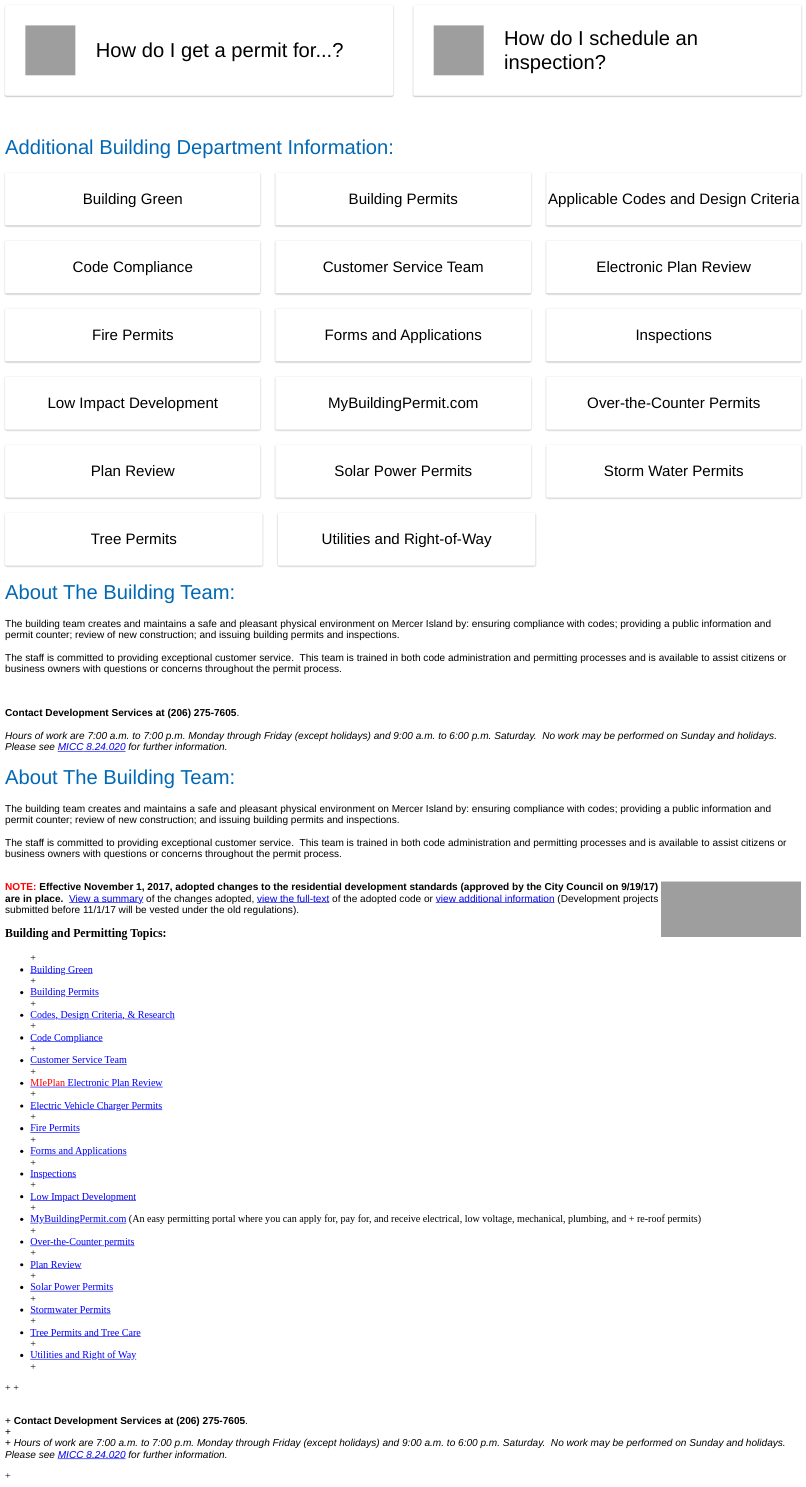
Repository: CharlieMisner/Mercer-Island-Website-Templates
Page: building-main-page/building-main-page.html
The author's editor kept a record of every edit. The page is drawn from the files as they stood at one moment, then again after the next edit.
The browser window is 1280 px wide. The pictures show the whole page, at 63% of full size.
Pictures or frames that could not be fetched are drawn as grey boxes.

Above is the page before.

After the next edit:
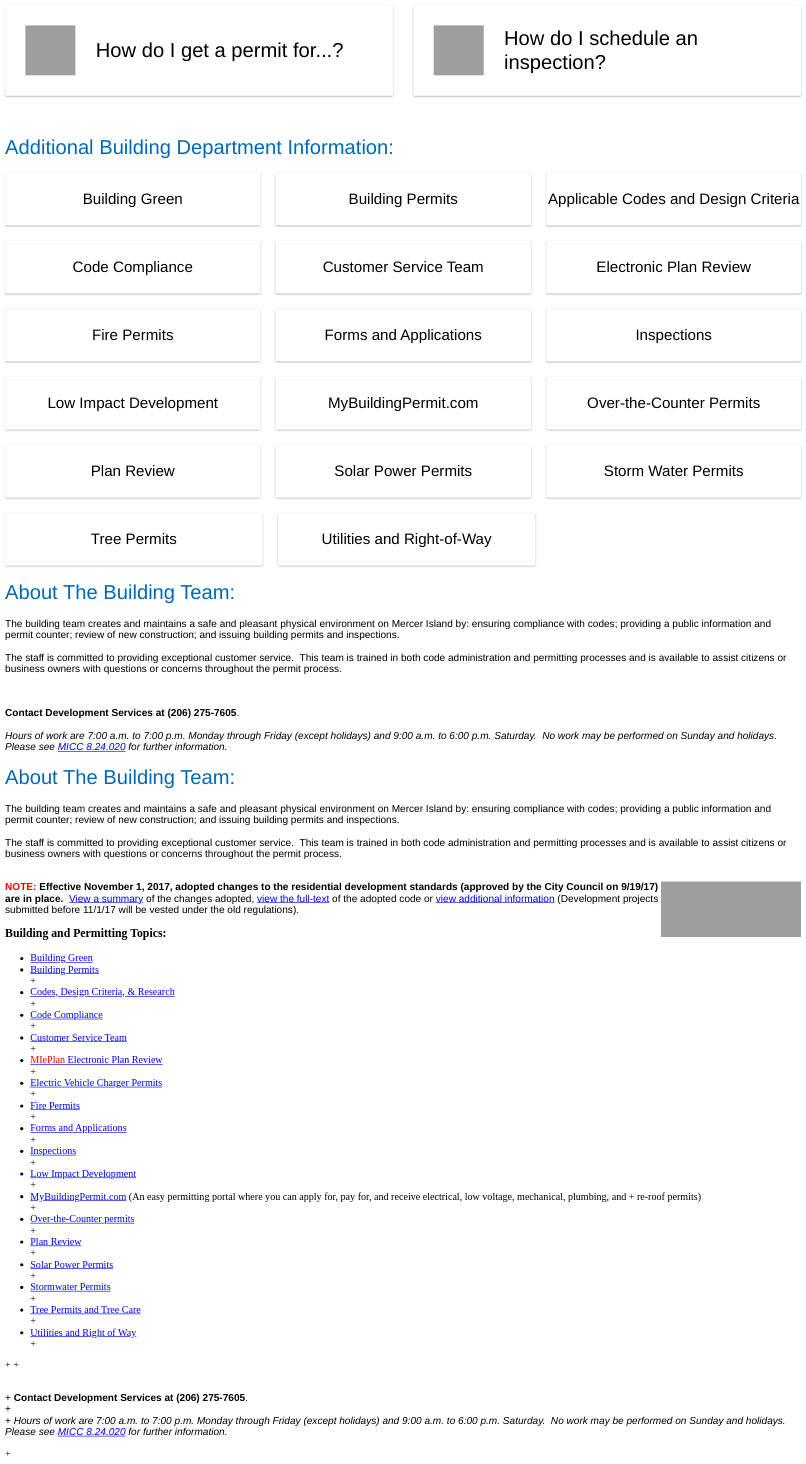
The edit:
--- a/building-main-page/building-main-page.html
+++ b/building-main-page/building-main-page.html
@@ -262,8 +262,8 @@
 <h3>Building and Permitting Topics:</h3>
 
 <ul>
-+    <li><a href="http://www.mercergov.org/Page.asp?NavID=2668"><span style="color: rgb(0, 0, 255);">Building Green</span></a></li>
-+    <li><a href="http://www.mercergov.org/Page.asp?NavID=2606"><span style="color: rgb(0, 0, 255);">Building Permits</span></a></li>
+    <li><a href="http://www.mercergov.org/Page.asp?NavID=2668"><span style="color: rgb(0, 0, 255);">Building Green</span></a></li>
+    <li><a href="http://www.mercergov.org/Page.asp?NavID=2606"><span style="color: rgb(0, 0, 255);">Building Permits</span></a></li>
 +    <li><a href="http://www.mercergov.org/Page.asp?NavID=2615"><span style="color: rgb(0, 0, 255);">Codes, Design Criteria, &amp; Research</span></a></li>
 +    <li><a href="http://www.mercergov.org/Page.asp?NavID=2802"><span style="color: rgb(0, 0, 255);">Code Compliance</span></a></li>
 +    <li><a href="http://www.mercergov.org/Page.asp?NavID=2623"><span style="color: rgb(0, 0, 255);">Customer Service Team</span></a></li>
